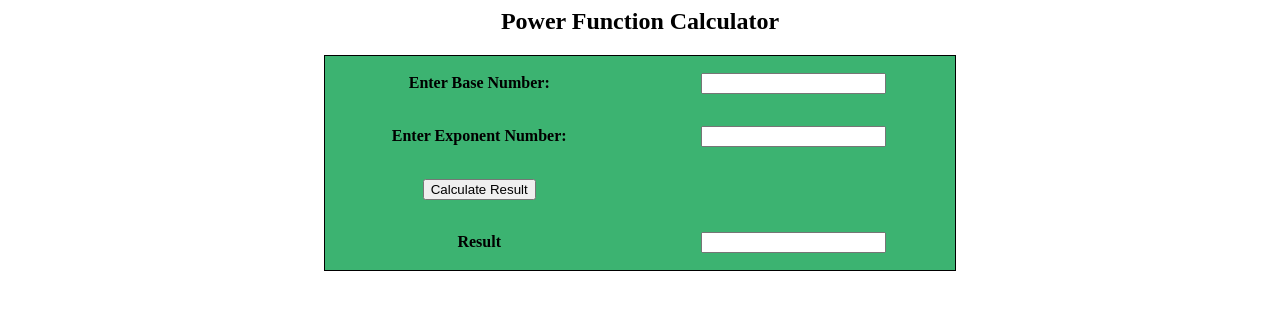
Repository: DeepaliKalagate/PowerCalculatorAPI
Page: PowerFunctionCalculator/src/main/resources/PowerFunction.html
The author's editor kept a copy of each file at every save. The page is drawn from the files as they stood at one save, then again after the next save.
The browser window is 1280 px wide. The pictures show the whole page.

Above is the page before, as saved 2020-02-09 06:54:51.

After the next save:
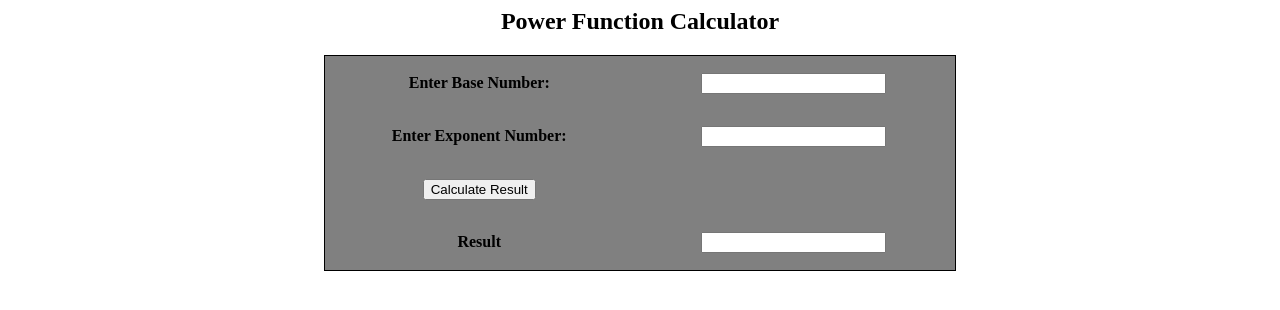
Saved 74 s later.
--- a/PowerFunctionCalculator/src/main/resources/PowerFunction.html
+++ b/PowerFunctionCalculator/src/main/resources/PowerFunction.html
@@ -16,7 +16,7 @@ th, td {
   text-align: center;
 }
 table{
- background-color: rgb(60, 179, 113);
+ background-color: Gray
 }
 </style>
 <body>
